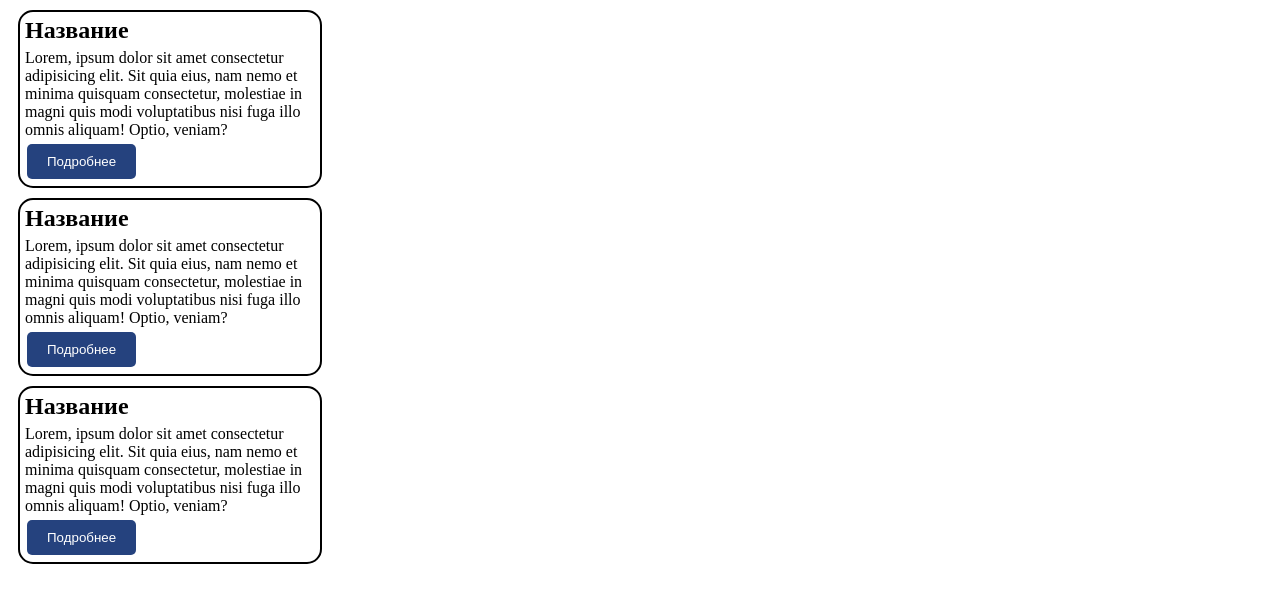
Repository: MaratLK/PLKFrontend
Page: Templates/NewsForIndex.html
These files come from the project's save history. The page is drawn as it stood at one moment and after the next save; the edit follows.
The browser window is 1280 px wide. The pictures show the whole page.

Above is the page before, as saved 2024-08-25 06:28:14.

### Templates/NewsForIndex.html
<!DOCTYPE html>
<html lang="en">
  <head>
    <meta charset="UTF-8" />
    <meta name="viewport" content="width=device-width, initial-scale=1.0" />
    <title>Document</title>
    <style>
        .news{
            align-items: center;
        }
      .newsblk {
        height: auto;
        width: 300px;
        margin: 10px;
        border-radius: 15px;
        border: 2px solid black;
      }
      .newsblk h2 {
        margin: 5px;
      }
      .newsblk p {
        margin: 5px;
      }
      .newsblk button {
        background-color: #25427e;
        color: white;
        padding: 10px 20px;
        border: none;
        border-radius: 5px;
        cursor: pointer;
        transition: background-color 0.3s;
        margin: 0 0 7px 7px;
      }
    </style>
  </head>
  <body>
    <section class="news">
      <div class="newsblk">
        <h2>Название</h2>
        <p>
          Lorem, ipsum dolor sit amet consectetur adipisicing elit. Sit quia
          eius, nam nemo et minima quisquam consectetur, molestiae in magni quis
          modi voluptatibus nisi fuga illo omnis aliquam! Optio, veniam?
        </p>
        <button>Подробнее</button>
      </div>
      <div class="newsblk">
        <h2>Название</h2>
        <p>
          Lorem, ipsum dolor sit amet consectetur adipisicing elit. Sit quia
          eius, nam nemo et minima quisquam consectetur, molestiae in magni quis
          modi voluptatibus nisi fuga illo omnis aliquam! Optio, veniam?
        </p>
        <button>Подробнее</button>
      </div>
      <div class="newsblk">
        <h2>Название</h2>
        <p>
          Lorem, ipsum dolor sit amet consectetur adipisicing elit. Sit quia
          eius, nam nemo et minima quisquam consectetur, molestiae in magni quis
          modi voluptatibus nisi fuga illo omnis aliquam! Optio, veniam?
        </p>
        <button>Подробнее</button>
      </div>
    </section>
  </body>
</html>

After the next save:
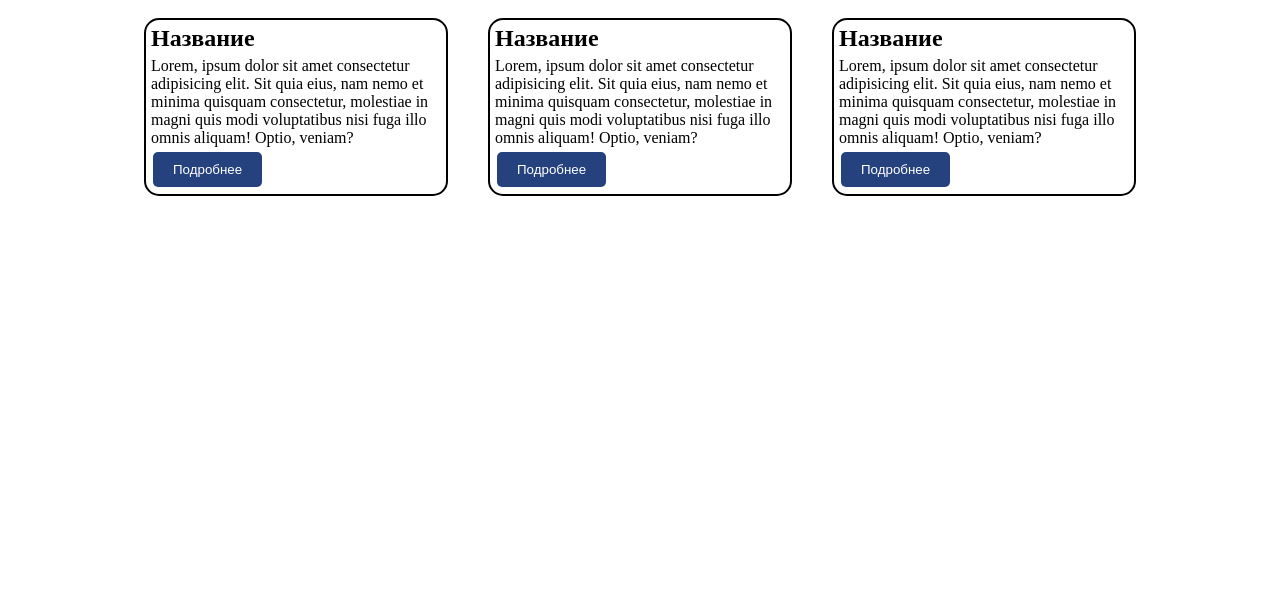
Saved 91 s later.
--- a/Templates/NewsForIndex.html
+++ b/Templates/NewsForIndex.html
@@ -5,9 +5,13 @@
     <meta name="viewport" content="width=device-width, initial-scale=1.0" />
     <title>Document</title>
     <style>
-        .news{
-            align-items: center;
-        }
+      .news {
+        display: flex;
+        justify-content: center;
+        align-items: center;
+        gap: 20px; /* Расстояние между блоками */
+        flex-wrap: wrap; /* Позволяет блокам переноситься на новую строку, если не хватает места */
+      }
       .newsblk {
         height: auto;
         width: 300px;
